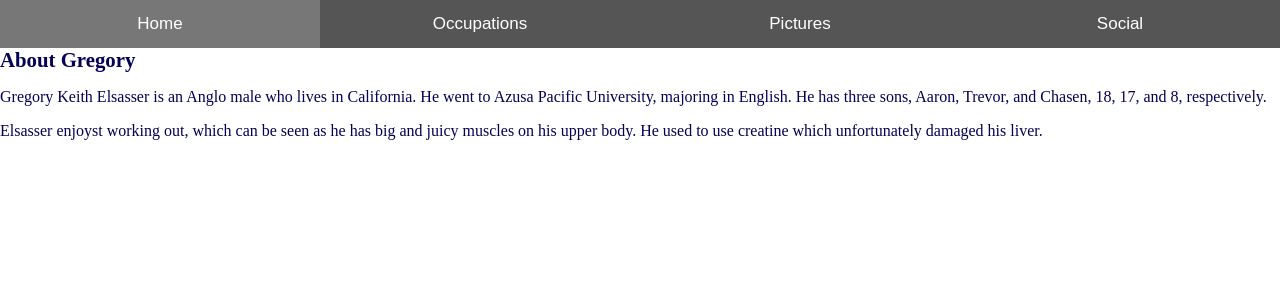
Repository: mtcheng7104/mtcheng7104.github.io
Page: website/website.html
The author's editor kept a record of every edit. The page is drawn from the files as they stood at one moment, then again after the next edit.
The browser window is 1280 px wide. The pictures show the whole page.

Above is the page before.

After the next edit:
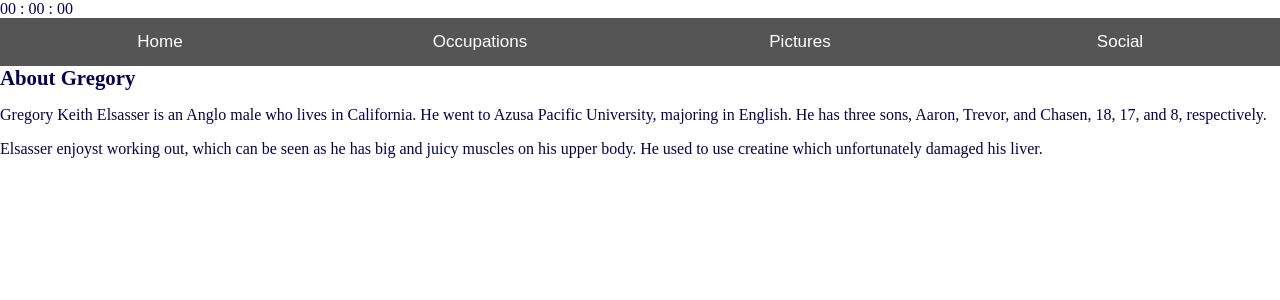
Not found: website/script.js
The edit:
--- a/website/website.html
+++ b/website/website.html
@@ -10,7 +10,15 @@
 
   </style>
      </head>
+     <script type="text/javascript" src="script.js"></script>
      <body>
+            <div class="clock">
+            <span id="hr">00</span>
+            <span> : </span>
+            <span id="min">00</span>
+            <span> : </span>
+            <span id="sec">00</span>
+        </div>
         <div class="topnav">
         <button class="tablink" onclick="openPage('About', this)"id="defaultOpen">Home</button>
         <button class="tablink" onclick="openPage('Occupations', this)">Occupations</button>
